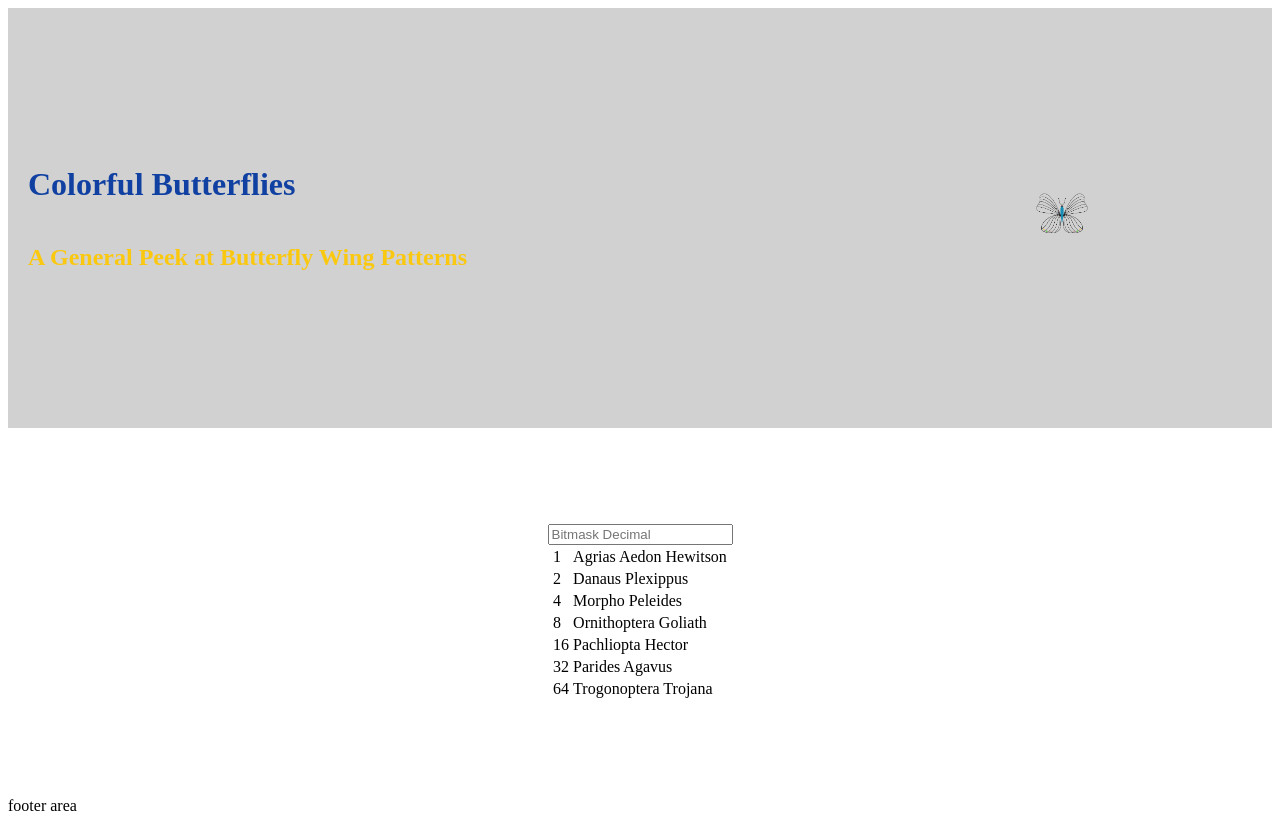
Repository: MeowCeline00/assessment-2
Page: /
These files come from the project's save history. The page is drawn as it stood at one moment and after the next save; the edit follows.
The browser window is 1280 px wide. The pictures show the whole page.
The project was rebuilt for these pictures with package versions that can differ from the ones it lists, and the page was loaded fresh each time. The framework's server and built-in components were replaced by stand-ins that run in the browser. Also part of the build but not shown: next.config.mjs.

Above is the page before, as saved 2024-02-07 21:56:20.

### pages/index.js
import Head from "next/head";
import { useState } from "react";
import styles from "@/styles/Home.module.css";
import Header from "@/Components/Header";


export default function Home() {

  // Butterfly Patterns
  const classFilters = {
    //key : value
    1: 'Agrias Aedon Hewitson',
    2: 'Danaus Plexippus',
    4: 'Morpho Peleides',
    8: 'Ornithoptera Goliath',
    16: 'Pachliopta Hector',
    32: 'Parides Agavus',
    64: 'Trogonoptera Trojana'
  }

  const [input, setInput] = useState();
                                    // 3
                                    // 2 & 2 Remainder 1
                                    // 1 & 1 Remainder 0
                                    // 9
                                    // 8 & 8 Remainder 1
                                    // 1 & 1 Remainder 0
  const getClassStyle = flagValue => (input & flagValue) > 0 ? {backgroundColor: 'yellow'} : null;

  return (
    <>
      <Head>
        <title>General View of Butterfly Wing Patterns</title>
        <meta name="description" content="General View of Butterfly Wing Patterns" />
        <meta name="viewport" content="width=device-width, initial-scale=1" />
        <link rel="icon" href="/butt_favicon.ico" />
      </Head>
      <Header />
      <main className={`${styles.main}`}>
       <input
       id="input"
       type="text"
       placeholder='Bitmask Decimal'
       value={input}
       onChange={event => setInput(event.target.value)}
       />
       <table>
        <tbody>
          {
            Object.keys(classFilters).map(item => (
              <tr key={item} style={getClassStyle(item)}>
                <td>{item}</td>
                <td>{classFilters[item]}</td>
              </tr>
            ))
          }
        </tbody>
       </table>
      </main>
      <footer>footer area</footer>
    </>
  );
}

### styles/Home.module.css
.main {
  display: flex;
  flex-direction: column;
  justify-content: space-between;
  align-items: center;
  padding: 6rem;
  min-height: 20vh;
}

### Components/Header/index.js
import Image from 'next/image';
import styles from './Header.module.css';

export default function Header() {
    return (
        <header className={styles.header}>
            <div className={styles.titleArea}>
                <h1> Colorful Butterflies</h1>
                <h2> A General Peek at Butterfly Wing Patterns</h2>
            </div>
            <div className={styles.logoArea}>
                <img src={"/logo.png"} alt="Butterfly Logo" width={80} />
            </div>
        </header>
    );
}

### Components/Header/Header.module.css
.header {
    display: flex;
    justify-content: space-between;
    align-items: center;
    padding: 20px;
    background-color: #d1d1d1;
}

.titleArea {
    display: flex;
    flex-direction: column;
}

.titleArea h1 {
    color: rgb(15, 64, 162);
}

.titleArea h2 {
    color: rgb(251, 200, 16);
}

.logoArea {
  display: flex;
  padding: 150px;
}

Loaded but not shown: pages/_app.js (common file); pages/_document.js (common file); styles/globals.css (common file)

After the next save:
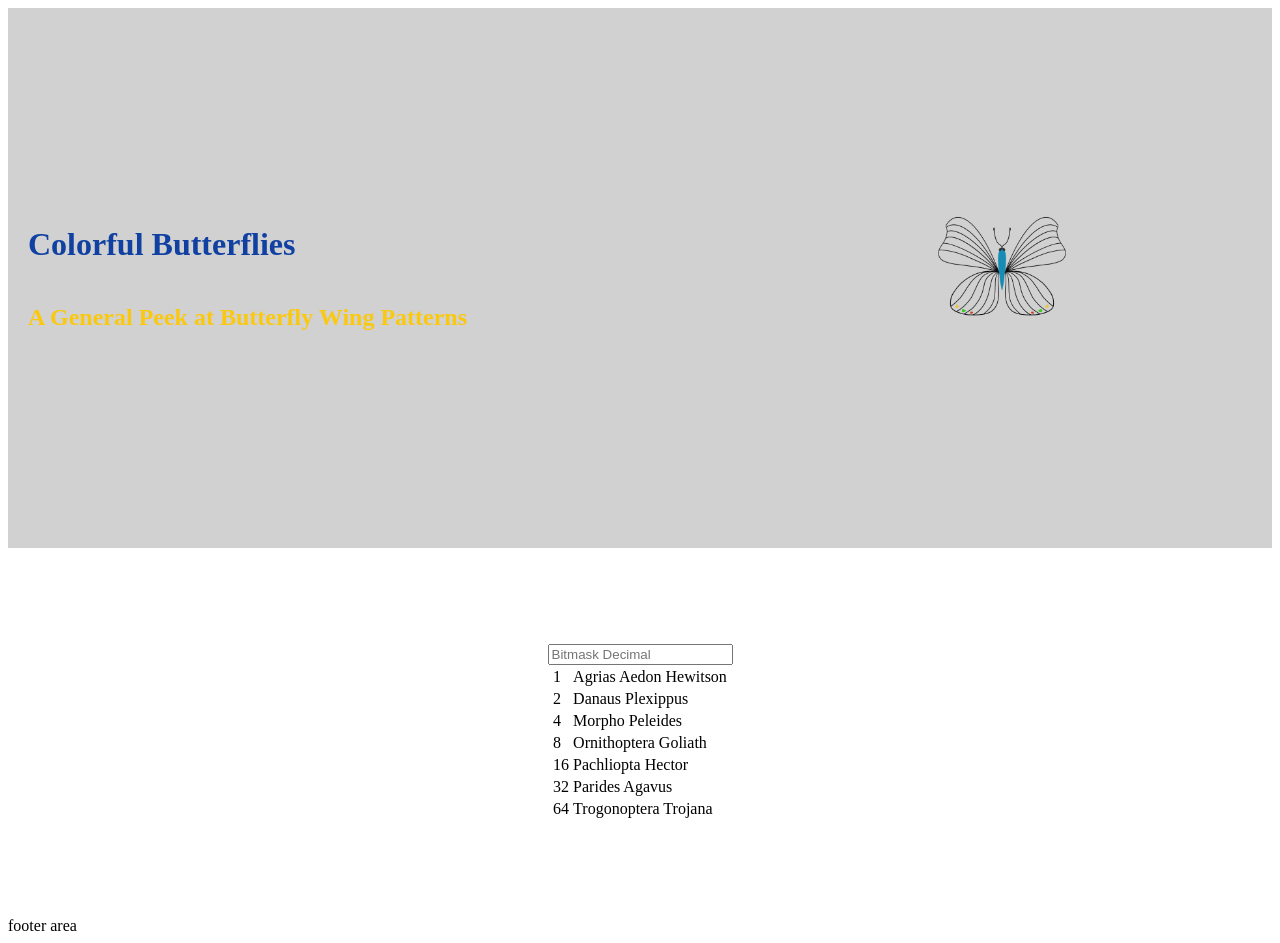
Saved 16 s later.
--- a/Components/Header/index.js
+++ b/Components/Header/index.js
@@ -9,7 +9,7 @@ export default function Header() {
                 <h2> A General Peek at Butterfly Wing Patterns</h2>
             </div>
             <div className={styles.logoArea}>
-                <img src={"/logo.png"} alt="Butterfly Logo" width={80} />
+                <img src={"/logo.png"} alt="Butterfly Logo" width={200} />
             </div>
         </header>
     );
